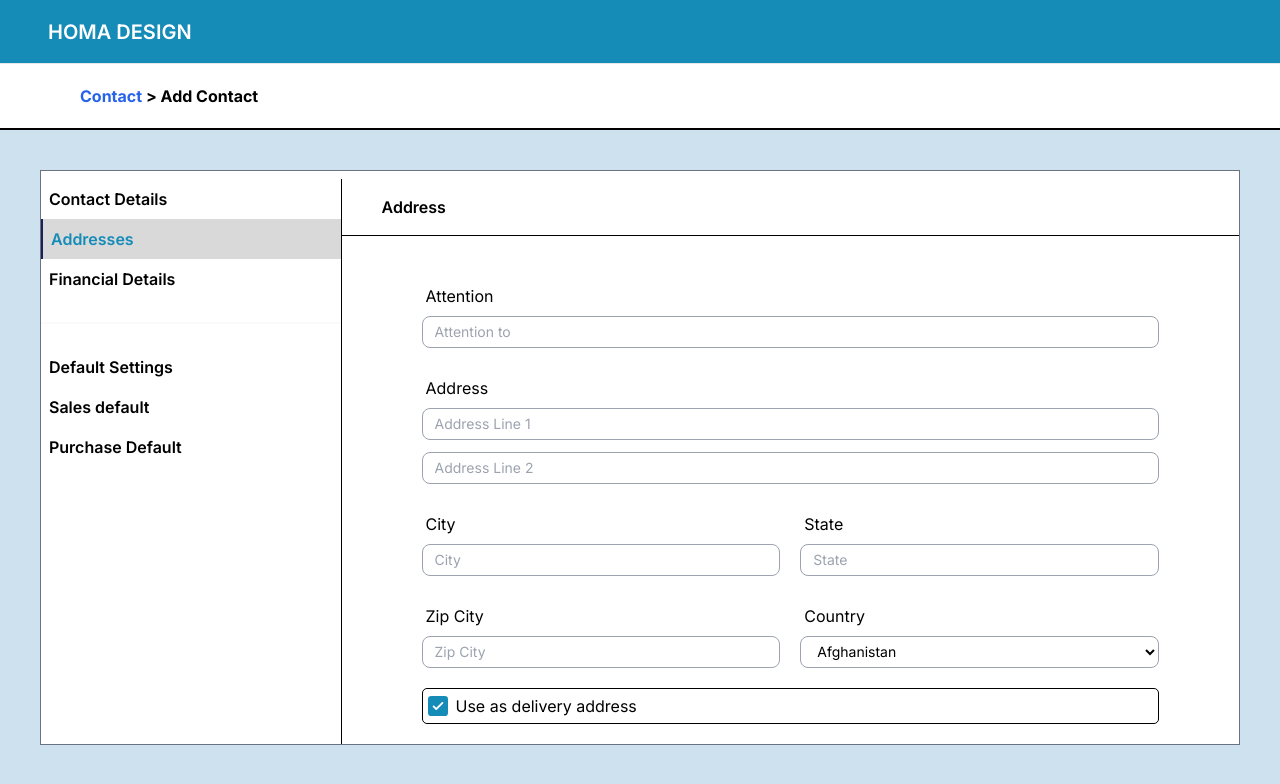
Repository: khairul35/homa-FE
Page: /contact
The author's editor kept a copy of each file at every save. The page is drawn from the files as they stood at one save, then again after the next save.
The browser window is 1280 px wide. The pictures show the whole page.
The project was rebuilt for these pictures with package versions that can differ from the ones it lists, and the page was loaded fresh each time. The framework's server and built-in components were replaced by stand-ins that run in the browser. Also part of the build but not shown: next.config.js, app/components/layout/header/BusinessMenu.tsx, app/components/layout/header/CompanyMenu.tsx, app/contact/index.component.tsx, app/contact/form/contact-details/index.module.css, app/contact/form/contact-details/index.component.tsx, app/contact/form/contact-details/index.tsx.

Above is the page before, as saved 2024-01-07 21:22:23.

### app/layout.tsx
import type { Metadata } from 'next'
import { Inter } from 'next/font/google'
import Header from './components/layout/Header';
import './globals.css'

const inter = Inter({ subsets: ['latin'] })

export const metadata: Metadata = {
  title: 'MyAccount2U',
  description: 'Accounting System',
}

export default function RootLayout({
  children,
}: {
  children: React.ReactNode
}) {
  return (
    <html lang="en">
      <body className={inter.className}>
        <div className='flex flex-col h-screen'>
          <Header />
          {children}
        </div>
      </body>
    </html>
  )
}

### app/contact/page.tsx
'use client';
import { useState } from 'react';
import { ComponentProps, Contact } from './index.props';
import Component from './index.component';
import ContactForm from './form';
import { FormProps } from './form/index.props';

const emptySelectedContact: Contact = {
    id: null,
    name: '',
    accountNumber: '',
    youOwe: null,
    theyOwe: null,
    status: 'Active',
    type: 'Customers',
    website: null,
    registrationNumber: null,
    notes: null,
    isBillingSameAsDelivery: false,
    organizationId: null,
    contactPhoneNumber: [
        {
            countryCode: '+60',
            number: '',
        },
    ],
    contactPrimaryPerson: [
        {
            firstName: '',
            lastName: '',
            email: '',
        },
    ],
};

const Contact = () => {
    const [currentTab, setCurrentTab] = useState('all');
    const [show, setShow] = useState<'list'|'form'>('form');
    const [selectedContact, setSelectedContact] = useState<Partial<Contact>>(emptySelectedContact)
    const selectedStyle = {
        backgroundColor: '#ECECEC',
        borderBottom: '3px solid #158BB8',
    };

    const onClickAddContact = () => {
        setSelectedContact(emptySelectedContact)
        setShow('form');
    };

    // Function to handle changes in contact name or account number
    const handleContactChange = (e: React.ChangeEvent<HTMLInputElement>) => {
        const { name, value } = e.target;
        setSelectedContact({
            ...selectedContact,
            [name]: value,
        });
    };

    // Function to handle changes in primary person's details
    const handlePrimaryPersonChange = (index: number, field: string, value: string) => {
        const updatedPrimaryPersons = [...(selectedContact?.contactPrimaryPerson || [])];
        updatedPrimaryPersons[index] = {
            ...updatedPrimaryPersons[index],
            [field]: value,
        };
        setSelectedContact({
            ...selectedContact,
            contactPrimaryPerson: updatedPrimaryPersons,
        });
    };

    // Function to handle changes in phone number details
    const handlePhoneNumberChange = (index: number, field: string, value: string) => {
        const updatedPhoneNumbers = [...(selectedContact?.contactPhoneNumber || [])];
        updatedPhoneNumbers[index] = {
            ...updatedPhoneNumbers[index],
            [field]: value,
        };
        setSelectedContact({
            ...selectedContact,
            contactPhoneNumber: updatedPhoneNumbers,
        });
    };

    const onSaveDetail = () => {
        console.log(selectedContact);
    };

    const onCancel = () => {
        setShow('list');
    };

    const componentProps: ComponentProps = {
        currentTab,
        selectedStyle,
        setCurrentTab,
        onClickAddContact
    };

    const contactFormProps: FormProps = {
        selectedContact,
        setSelectedContact,
        setShow,
        handleContactChange,
        handlePrimaryPersonChange,
        handlePhoneNumberChange,
        onSaveDetail,
        onCancel,
    };

    if (show == 'list') {
        return (<Component {...componentProps} />);
    }
    if (show == 'form') {
        return (<ContactForm {...contactFormProps} />);
    }
    return(<></>);
};

export default Contact;

### app/contact/form/index.tsx
'use client';

import { useState } from "react";
import Component from "./index.component";
import { ComponentProps, FormProps } from "./index.props";

const ContactForm = (props: FormProps) => {
    const {
        selectedContact,
        setShow,
        setSelectedContact,
        handleContactChange,
        handlePrimaryPersonChange,
        handlePhoneNumberChange,
        onSaveDetail,
        onCancel,
    } = props;

    const [menu, setMenu] = useState<string>('address');

    const onBack = () => {
        setShow('list');
    };

    const addAnotherPerson = () => {
        const arr = selectedContact?.contactPrimaryPerson || [];
        arr.push({
            firstName: '',
            lastName: '',
            email: '',
        });
        const updatedDetail = {
            ...selectedContact,
            ...arr
        };
        setSelectedContact(updatedDetail);
    };

    const addPhoneNumber = () => {
        const arr = selectedContact?.contactPhoneNumber || [];
        arr.push({
            countryCode: '+60',
            number: '',
        });
        const updatedDetail = {
            ...selectedContact,
            ...arr
        };
        setSelectedContact(updatedDetail);
    };
    const componentProps: ComponentProps = {
        menu,
        selectedContact,
        addAnotherPerson,
        addPhoneNumber,
        setMenu,
        onBack,
        handleContactChange,
        handlePrimaryPersonChange,
        handlePhoneNumberChange,
        onSaveDetail,
        onCancel,
    };

    return (<Component {...componentProps} />)
};

export default ContactForm;

### api/organization/index.ts
import repository from "../repository";
import { CreateOrganizationProps, UpdateOrganizationProps } from "./props";

const resource = '/api/organization';

const api = {
    findMyOrganization() {
        return repository.get(`${resource}/me`);
    },
    findMyOrganizations() {
        return repository.get(`${resource}/me/all`);
    },
    createOrganization(body: CreateOrganizationProps) {
        return repository.post(`${resource}`, body);
    },
    updateOrganization(body: UpdateOrganizationProps) {
        return repository.put(`${resource}`, body);
    },
    updateCurrentOrganization(organizationId: number) {
        return repository.put(`${resource}/current-organization/${organizationId}`);
    },
};

export default api;

### api/repository.ts
import axios from 'axios';
import AuthRepository from './auth';

const repository = axios.create({
    baseURL: 'http://localhost:3000',
});

// Request interceptor to add Bearer token to outgoing requests
repository.interceptors.request.use(
    (config) => {
        const accessToken = localStorage.getItem('accessToken');
        if (accessToken) {
            config.headers.Authorization = `Bearer ${accessToken}`;
        }
        return config;
    },
    (error) => {
        return Promise.reject(error);
    }
);

let isRefreshing = false;
let failedQueue: any = [];

// Function to refresh the session and retry failed requests
async function retryFailedRequests(error: any) {
    if (isRefreshing) {
        try {
            const { data } = await AuthRepository.refreshToken();
            localStorage.setItem('accessToken', data.accessToken);
            localStorage.setItem('refreshToken', data.refreshToken);
            localStorage.setItem('isLogin', 'true');
            failedQueue.forEach((prom: any) => {
                prom.resolve(repository(prom.originalRequest));
            });
            failedQueue = [];
        } catch (error) {
            localStorage.setItem('isLogin', 'false');
            window.location.href = '/login';
            failedQueue.forEach((prom: any) => {
                prom.reject(error);
            });
            failedQueue = [];
        } finally {
            isRefreshing = false;
        }
    }
}

// Response interceptor to handle failed requests due to expired tokens
repository.interceptors.response.use(
    (response) => response,
    async (error) => {
        const {
            config,
            response: { status },
        } = error;

        if (status === 401) {
            const originalRequest = config;
            if (!isRefreshing) {
                isRefreshing = true;
                return new Promise((resolve, reject) => {
                    failedQueue.push({ resolve, reject, originalRequest });
                    retryFailedRequests(error);
                }).then((res) => {
                    return res;
                }).catch((err) => {
                    return Promise.reject(err);
                });
            } else {
                return new Promise((resolve, reject) => {
                    failedQueue.push({ resolve, reject, originalRequest });
                }).then((res) => {
                    return res;
                }).catch((err) => {
                    return Promise.reject(err);
                });
            }
        }
        return Promise.reject(error.response);
    }
);

export default repository;

### app/contact/form/index.module.css
.selectedMenu {
    background: #D9D9D9;
    color: #158BB8;
    border-left: 2px solid #192159 !important;
}

.menu:hover {
    background: #ececec;
    color: #158BB8;
    border-left: 2px solid #192059a1 !important;
}

.leftDivider {
    border-left: 1px solid #000;
}

### app/contact/form/address/index.tsx
'use client';

import Component from "./index.component";
import { ComponentProps, ContactAddressProps } from "./index.props";

const ContactAddress = (props: ContactAddressProps) => {
    const { onCancel } = props;

    const componentProps: ComponentProps = {
        onCancel,
    };

    return <Component {...componentProps} />
};

export default ContactAddress;

### api/auth.ts
import repository from "./repository";

const resource = "/api/auth";

const api = {
    login(username: string, password: string) {
        return repository.post(
            `${resource}/login`,
            { username, password },
        );
    },
    refreshToken() {
        return repository.post(
            `${resource}/refreshToken`,
            { refreshToken: localStorage.getItem('refreshToken') },
        );
    },
    logout() {
        return repository.post(`${resource}/logout`);
    },
    logoutAllDevice() {
        return repository.post(`${resource}/logout/all-device`);
    },
};

export default api;

### app/contact/form/address/index.component.tsx
import { ComponentProps } from "./index.props";
import styles from './index.module.css';
import countries from '@/constant/Country.json';

const Component = (props: ComponentProps) => {
    const { onCancel } = props;

    const labelClass = "input-sm input input-bordered  bg-white border-gray-400 w-full"

    const FakeCheckBox = () => {
        return (
            <svg xmlns="http://www.w3.org/2000/svg" width="20" height="20" viewBox="0 0 30 30" fill="none">
                <rect width="30" height="30" rx="5" fill="#158BB8"/>
                <path fill-rule="evenodd" clip-rule="evenodd" d="M21.6894 9C21.3155 9 20.9817 9.14689 20.7413 9.38727L12.3416 17.8003L9.28354 14.7289C9.04316 14.4885 8.70931 14.3416 8.3354 14.3416C7.60093 14.3416 7 14.9425 7 15.677C7 16.0509 7.14689 16.3848 7.38727 16.6251L11.3935 20.6313C11.6338 20.8717 11.9677 21.0186 12.3416 21.0186C12.7155 21.0186 13.0494 20.8717 13.2897 20.6313L22.6376 11.2835C22.8779 11.0432 23.0248 10.7093 23.0248 10.3354C23.0248 9.60093 22.4239 9 21.6894 9Z" fill="white"/>
            </svg>
        );
    };

    const FakeEmptyCheckBox = () => {
        return (
            <svg xmlns="http://www.w3.org/2000/svg" width="20" height="20" viewBox="0 0 30 30" fill="none">
                <rect width="30" height="30" rx="5" fill="#158BB8"/>
            </svg>
        );
    };

    return (
        <div>
            <h2 className="p-4 pl-10 font-semibold">Address</h2>
            <div className={styles.divider}></div>
            <div className="p-5 lg:pl-20 lg:pr-20">
                <form method="dialog">
                    <label className="label mt-5">Attention</label>
                    <input
                        placeholder="Attention to"
                        className={labelClass}
                    />

                    <label className="label mt-5">Address</label>
                    <input
                        placeholder="Address Line 1"
                        className={labelClass}
                    />
                    <input
                        placeholder="Address Line 2"
                        className={`mt-3 ${labelClass}`}
                    />
                    <div className="flex flex-wrap justify-center md:justify-start gap-5">
                        <div className="w-full md:w-[calc(50%-10px)]">
                            <label className="label mt-5">City</label>
                            <input
                                placeholder="City"
                                className={labelClass}
                            />
                        </div>
                        <div className="w-full md:w-[calc(50%-10px)]">
                            <label className="label mt-5">State</label>
                            <input
                                placeholder="State"
                                className={labelClass}
                            />
                        </div>
                    </div>
                    <div className="flex flex-wrap justify-center md:justify-start gap-5">
                        <div className="w-full md:w-[calc(50%-10px)]">
                            <label className="label mt-5">Zip City</label>
                            <input
                                placeholder="Zip City"
                                className={labelClass}
                            />
                        </div>
                        <div className="w-full md:w-[calc(50%-10px)]">
                            <label className="label mt-5">Country</label>
                                <select
                                    placeholder="Country"
                                    className={labelClass}
                                >
                                    {
                                        countries.map((e) => (
                                            <option key={e.isoCode} value={e.name}>
                                                { e.name }
                                            </option>
                                        ))
                                    }
                                </select>
                        </div>
                    </div>
                    <div className={styles.billingIsDeliveryCheckBox}>
                        <label className="flex items-center">
                            <FakeCheckBox /> {/* Your custom checkbox component */}
                            <span className="ml-2">Use as delivery address</span>
                        </label>
                    </div>
                </form>
            </div>
        </div>
    )
};

export default Component;

### app/contact/form/address/index.module.css
.divider {
    border-bottom: 1px solid #000;
}

.addAnotherPersonAnchor {
    color: #158BB8;
    padding: 5px;
    margin-top: 20px;
    cursor: pointer;
    font-weight: bold;
}

.billingIsDeliveryCheckBox {
    border-radius: 5px;
    border: 1px solid #000;
    background: #FFF;
    margin-top: 20px;
    padding: 5px;
    cursor: pointer !important;
}

### tailwind.config.ts
import type { Config } from 'tailwindcss'

const config: Config = {
  content: [
    './pages/**/*.{js,ts,jsx,tsx,mdx}',
    './components/**/*.{js,ts,jsx,tsx,mdx}',
    './app/**/*.{js,ts,jsx,tsx,mdx}',
  ],
  theme: {
    extend: {
      backgroundImage: {
        'gradient-radial': 'radial-gradient(var(--tw-gradient-stops))',
        'gradient-conic':
          'conic-gradient(from 180deg at 50% 50%, var(--tw-gradient-stops))',
      },
      backgroundColor: {
        'bg-color': '#CEE1EE', // Define a custom background color class
      },
      button: {
        'primary': '#158BB8',
      },
      fontWeight: {
        'label': '600',
      },
    },
  },
  plugins: [require("daisyui")],
  daisyui: {
    themes: [
      {
        mytheme: {
          "primary": "#158BB8",
          "secondary": "#d926a9",
          "accent": "#1fb2a6",
          "neutral": "#2a323c",
          "base-100": "#1d232a",
          "info": "#3abff8",
          "success": "#36d399",
          "warning": "#fbbd23",
          "error": "#f87272",
        },
      },
    ],
  },
}
export default config

Loaded but not shown: app/globals.css (common file); constant/Country.json (4142 lines, source omitted); app/components/layout/Header.tsx (150 lines, source omitted); app/contact/form/index.component.tsx (145 lines, source omitted)

After the next save:
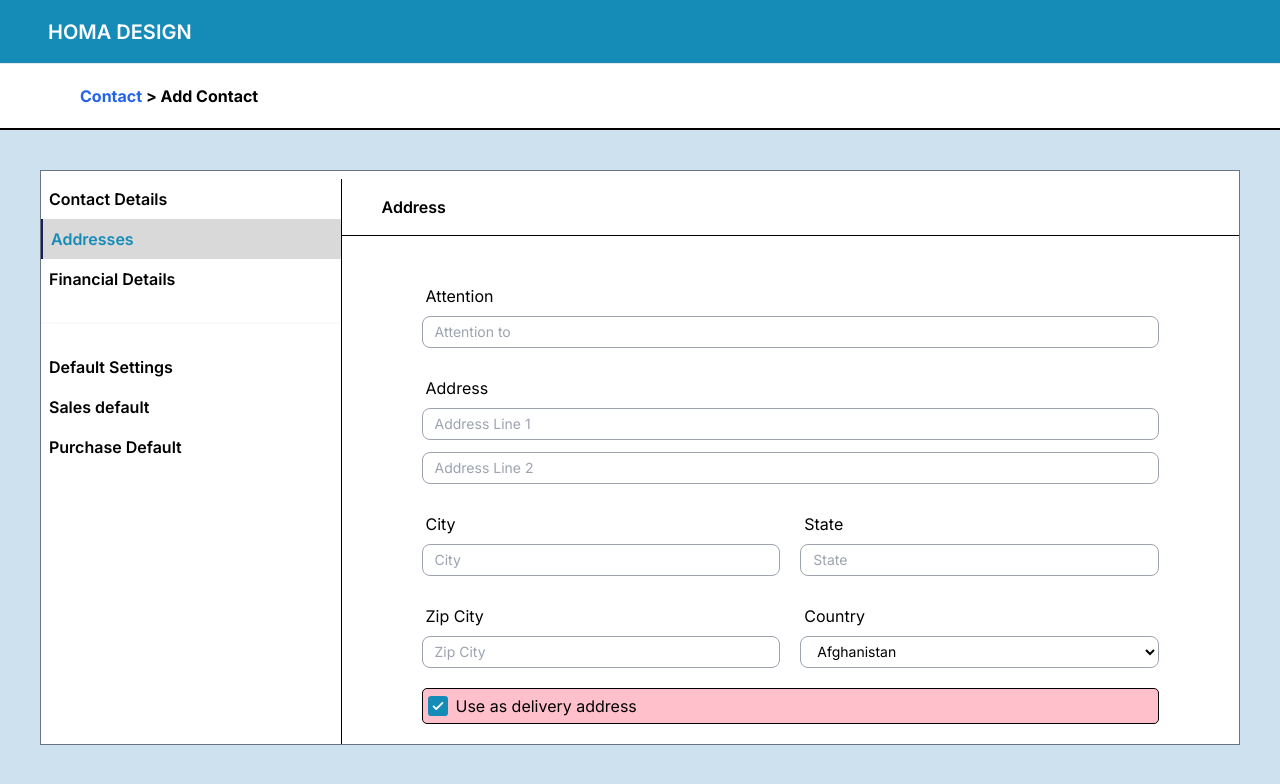
Saved 16 s later.
--- a/app/contact/form/address/index.module.css
+++ b/app/contact/form/address/index.module.css
@@ -18,3 +18,7 @@
     padding: 5px;
     cursor: pointer !important;
 }
+
+.billingIsDeliveryCheckBox {
+    background: pink;
+}

After the 2 saves that followed:
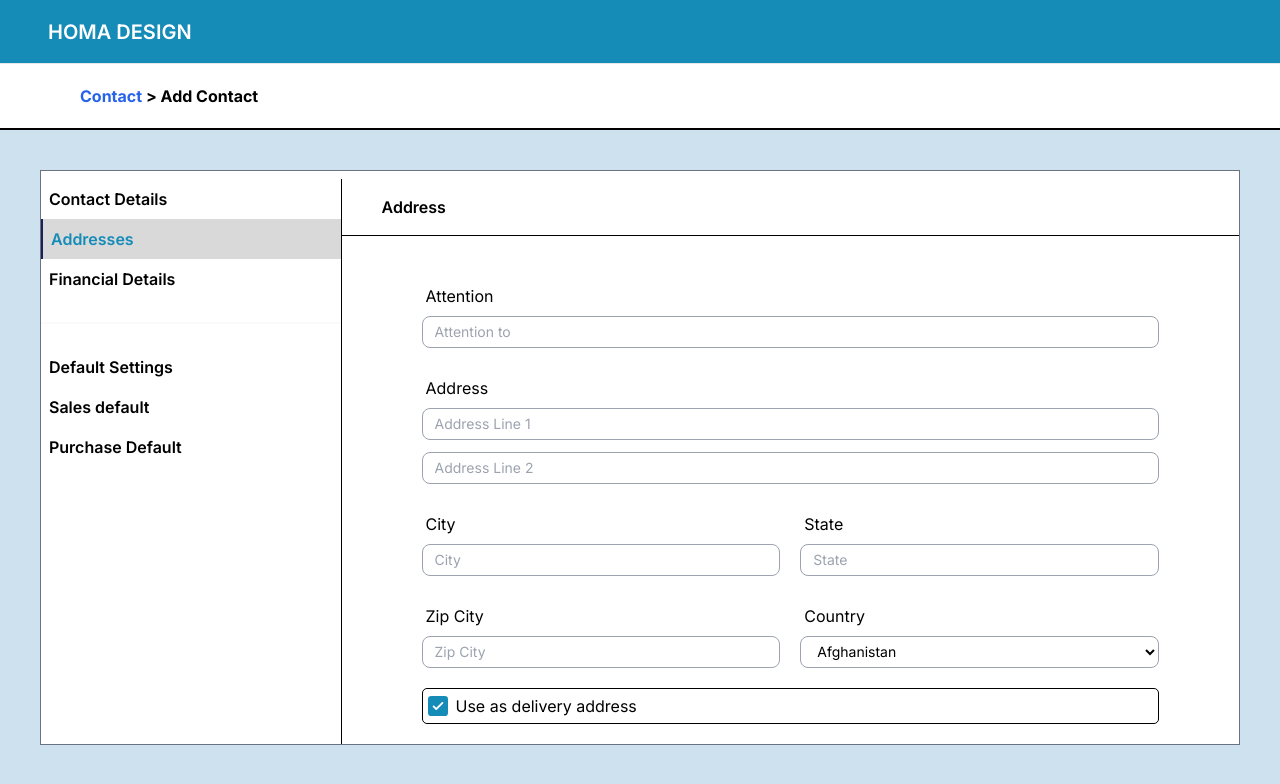
The 2 saves are shown as one change because they came seconds apart.
The last was saved 8 s later.
--- a/app/contact/form/address/index.module.css
+++ b/app/contact/form/address/index.module.css
@@ -19,6 +19,6 @@
     cursor: pointer !important;
 }
 
-.billingIsDeliveryCheckBox {
+.billingIsDeliveryCheckBox:hover {
     background: pink;
 }
